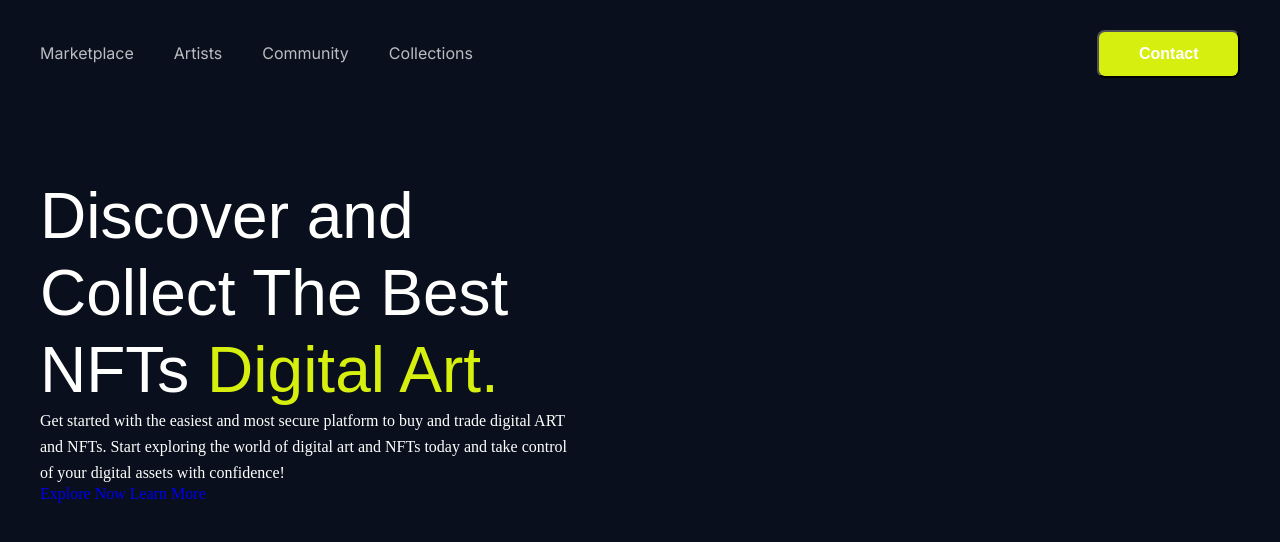
Repository: Kamron5505/NftMarketplace
Page: index.html
The author's editor kept a copy of each file at every save. The page is drawn from the files as they stood at one save, then again after a run of saves.
The browser window is 1280 px wide. The pictures show the whole page.
Some web fonts or font styles are not loaded; a fallback is used.

Above is the page before, as saved 2025-07-08 00:09:29.

After the next 3 saves:
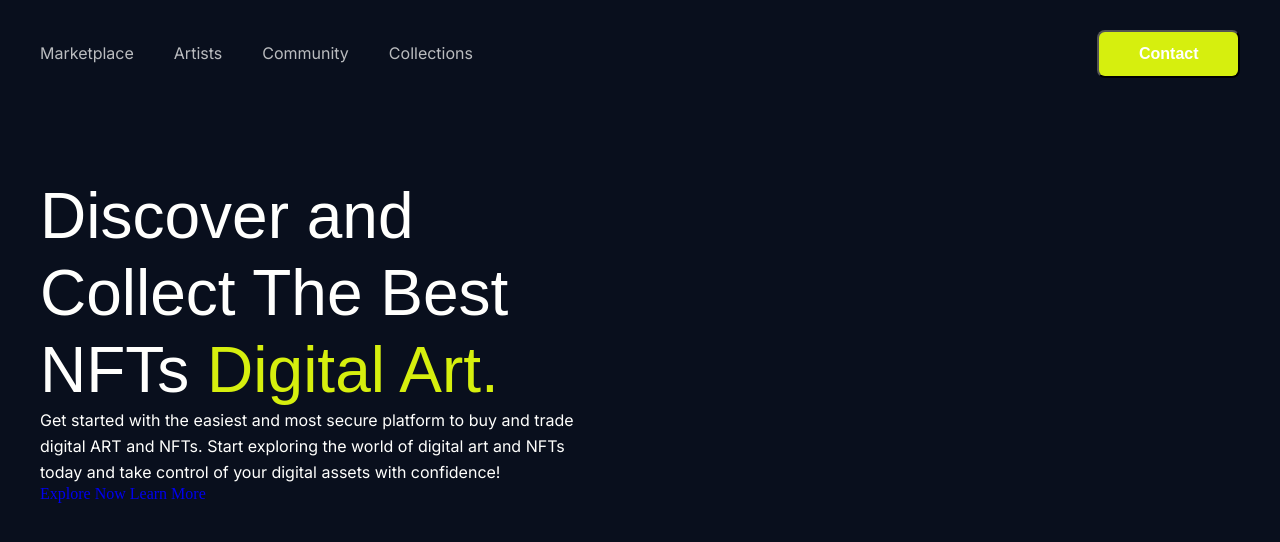
The 3 saves are shown as one change because they came seconds apart.
The last was saved 15 s later.
--- a/style.css
+++ b/style.css
@@ -112,7 +112,7 @@ h6 {
 .highlight {}
 
 .description {
-
+    font-family: "Inter", sans-serif;
     font-weight: 400;
     font-size: 16px;
     width: 544px;
